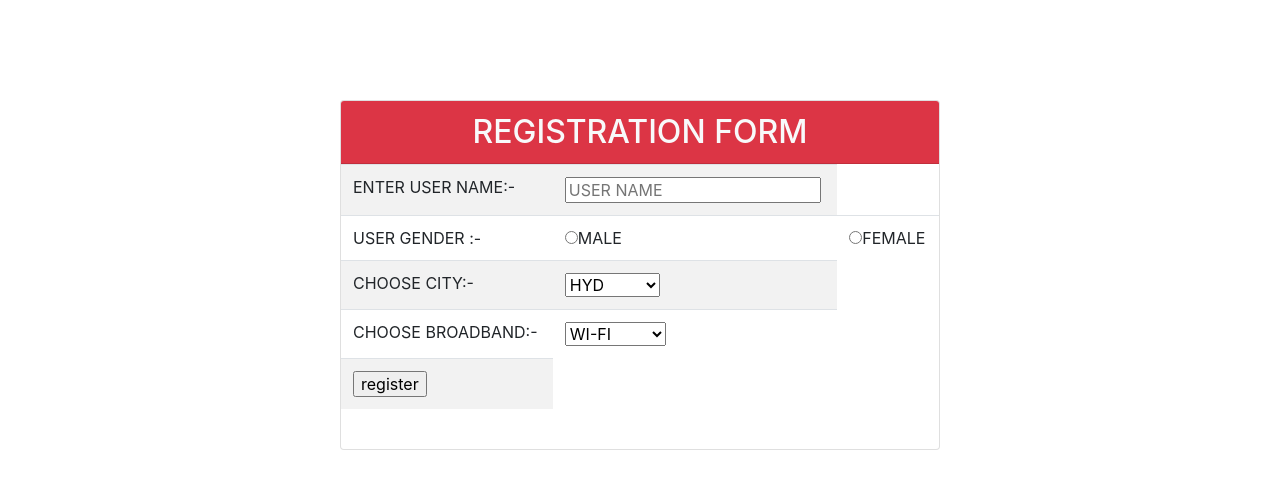
Repository: REDDI-BHARGAV/project
Page: http://localhost/PROJECT/
These files come from the project's save history. The page is drawn as it stood at one moment and after the next save; the edit follows.
The browser window is 1280 px wide. The pictures show the whole page.
The page is served by Tomcat 9.

Above is the page before, as saved 2022-07-26 11:30:40.

After the next save:
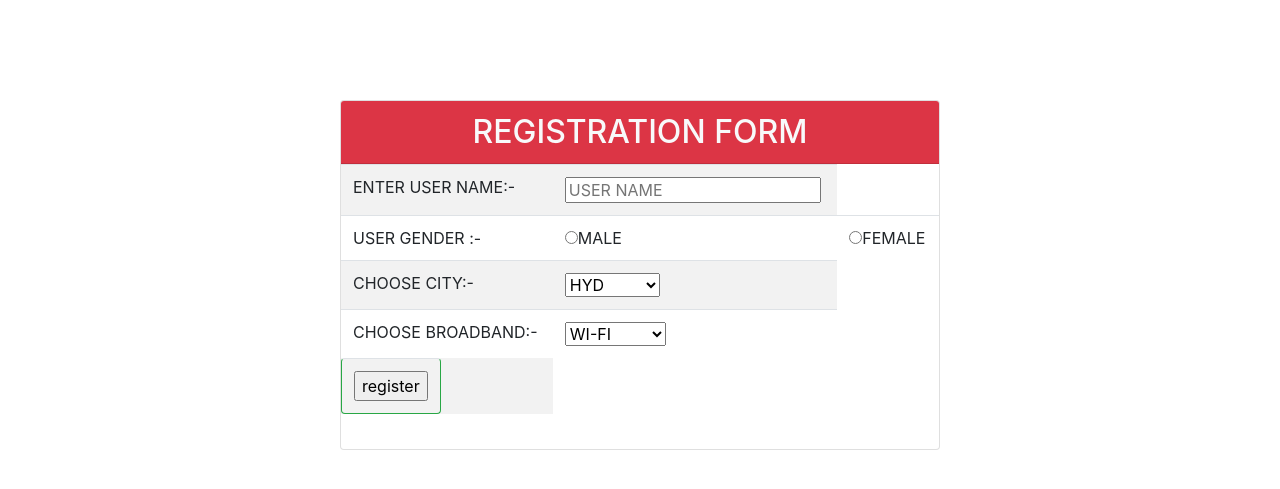
Saved 32 s later.
--- a/PROJECT/src/main/webapp/index.jsp
+++ b/PROJECT/src/main/webapp/index.jsp
@@ -51,7 +51,7 @@ div {
 				</tr>
 
 				<tr>
-					<td class=" tn btn-outline-success"><input type="submit" value="register"></td>
+					<td class=" btn btn-outline-success"><input type="submit" value="register"></td>
 				</tr>
 
 			</table>
